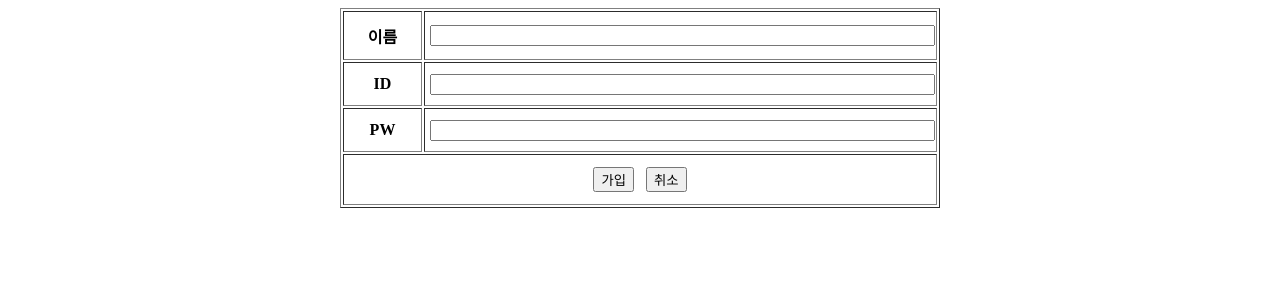
Repository: kwonminsung0/jspStudy
Page: jspStudy/src/main/webapp/join/join.html
These files come from the project's save history. The page is drawn as it stood at one moment and after the next save; the edit follows.
The browser window is 1280 px wide. The pictures show the whole page.

Above is the page before, as saved 2024-12-04 08:46:28.

After the next save:
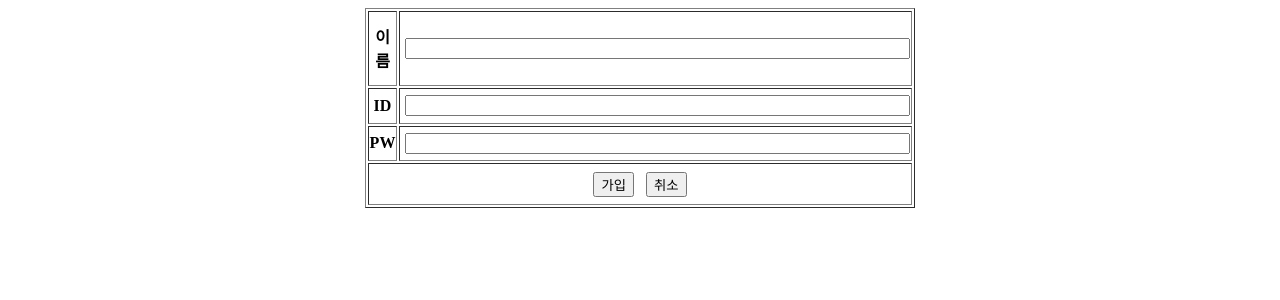
Saved 7 s later.
--- a/jspStudy/src/main/webapp/join/join.html
+++ b/jspStudy/src/main/webapp/join/join.html
@@ -7,7 +7,7 @@
 </head>
 <body>
 	<form method="post" action="/jspStudy/memberInsert">
-		<table align="center" width="600" height="200" border="1">
+		<table align="center" width="400" height="200" border="1">
 			<tr>
 				<th width="100">이름</th>
 				<td width="430">&nbsp;<input type="text" name="name"
